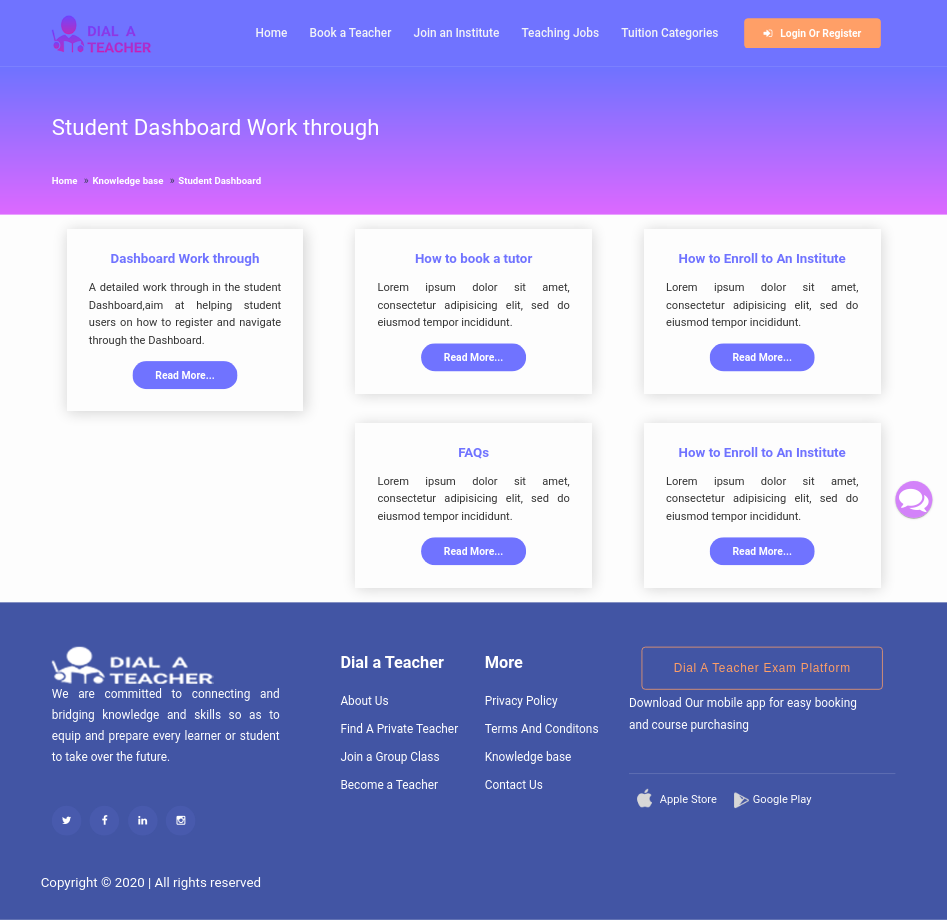
Repository: Samkiroko/DAT_knowledge
Page: knowledge_base/stdashboard.html
These files come from the project's save history. The page is drawn as it stood at one moment and after the next save; the edit follows.
The browser window is 1280 px wide. The pictures show the whole page, at 74% of full size.

Above is the page before, as saved 2020-12-15 13:01:14.
Console error: TypeError: e.indexOf is not a function

After the next save:
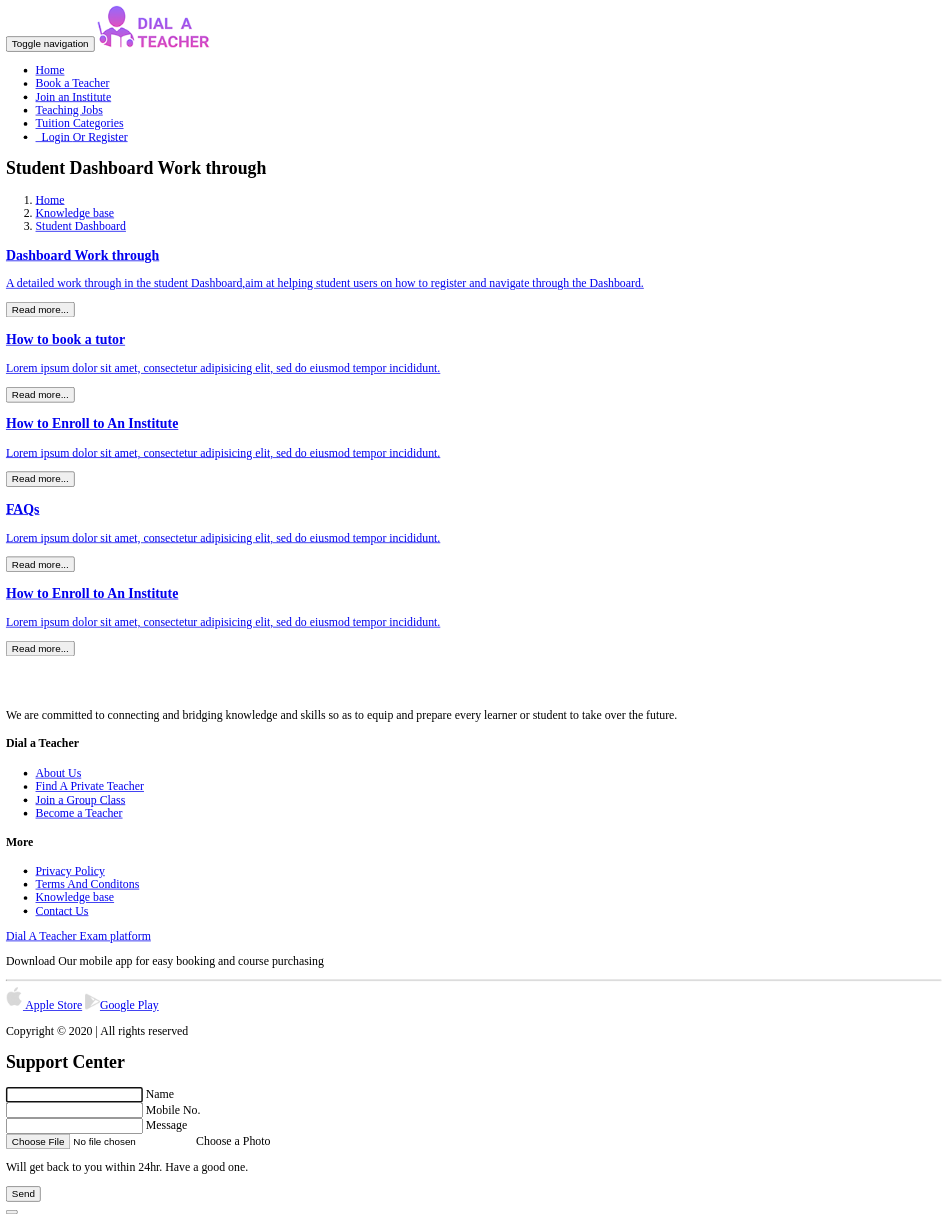
Saved 37 s later.
--- a/knowledge_base/stdashboard.html
+++ b/knowledge_base/stdashboard.html
@@ -28,7 +28,8 @@
            <script src="https://oss.maxcdn.com/libs/respond.js/1.4.2/respond.min.js"></script>
        <![endif]-->
 
-    <link rel="stylesheet" type="text/css" href="assets/front/css/main.css">
+    <link rel="shortcut icon" href="knowledge_base/assets/uploads/settings/thumbs/setting_152.png" />
+
 
 
   </head>

After the save that followed:
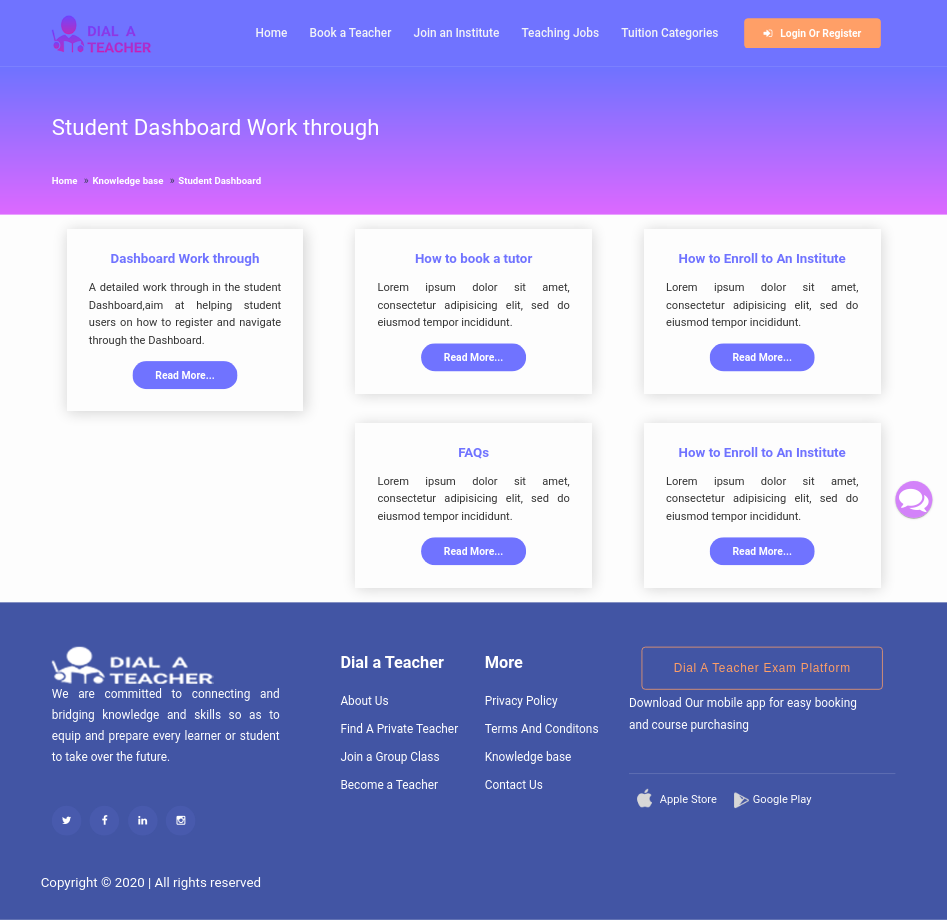
Saved 54 s later.
--- a/knowledge_base/stdashboard.html
+++ b/knowledge_base/stdashboard.html
@@ -28,8 +28,7 @@
            <script src="https://oss.maxcdn.com/libs/respond.js/1.4.2/respond.min.js"></script>
        <![endif]-->
 
-    <link rel="shortcut icon" href="knowledge_base/assets/uploads/settings/thumbs/setting_152.png" />
-
+    <link rel="stylesheet" type="text/css" href="/knowledge_base/assets/front/css/main.css">
 
 
   </head>
